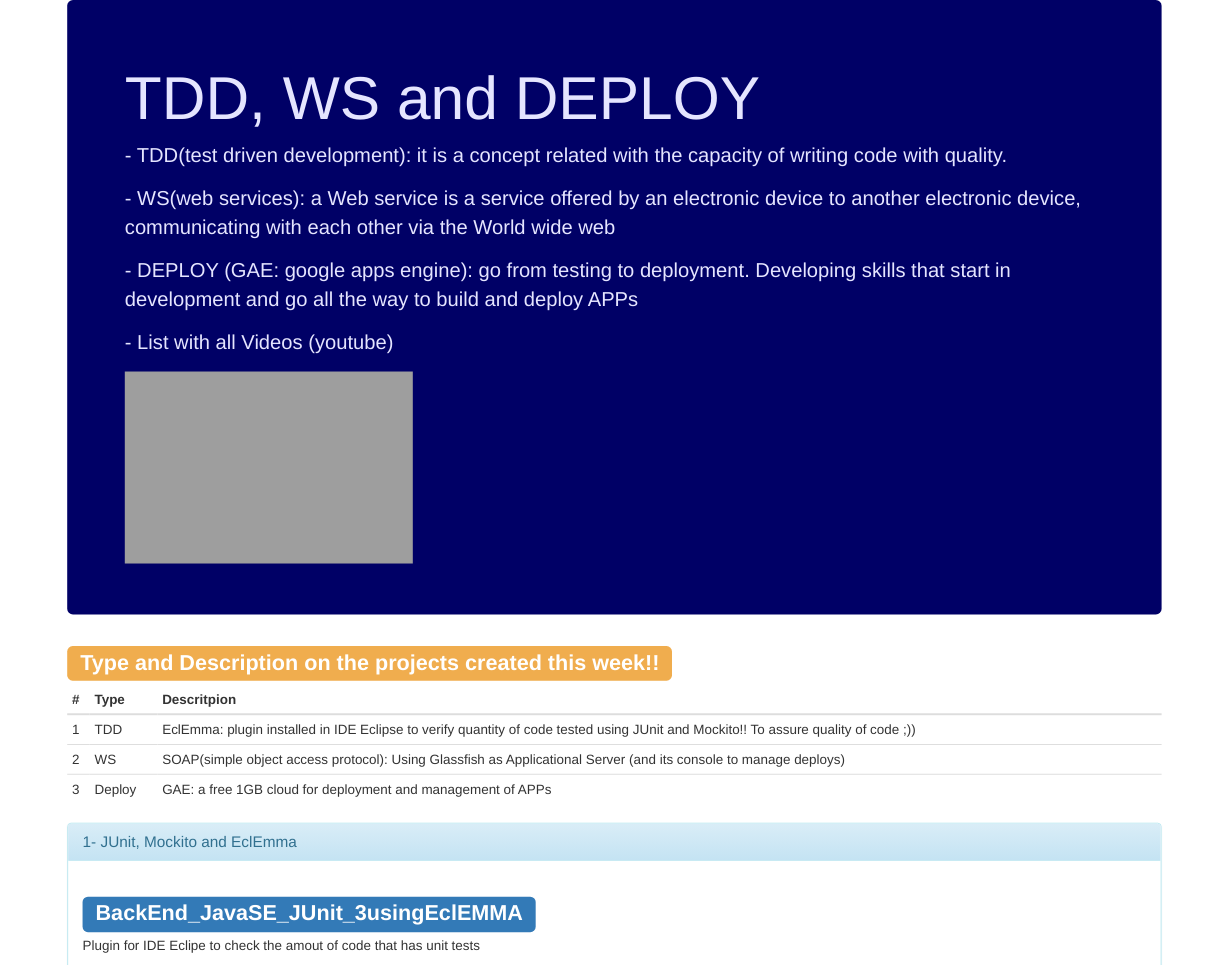
Repository: atafs/Deploy_GoogleAppEngine_webAPPS
Page: Project_001_Deploy_americotomasLIB/war/index.html
The author's editor kept a copy of each file at every save. The page is drawn from the files as they stood at one save, then again after the next save.
The browser window is 1280 px wide. The pictures show the part of the page from y = 0 to 1005 px (the page is 3607 px tall before and 3727 px after), at 96% of full size.
Pictures or frames that could not be fetched are drawn as grey boxes.

Above is the page before, as saved 2016-01-29 10:01:21.
Console error (its wording comes from the project's code and is left out).

### Project_001_Deploy_americotomasLIB/war/index.html
<!DOCTYPE html>
<html lang="en">
<head>
<meta charset="utf-8">
<meta http-equiv="X-UA-Compatible" content="IE=edge">
<meta name="viewport" content="width=device-width, initial-scale=1">
<!-- The above 3 meta tags *must* come first in the head; any other head content must come *after* these tags -->
<meta name="description" content="">
<meta name="author" content="">
<link rel="icon" href="../../favicon.ico">

<title>AmericoTomas Proj</title>

</head>
<body role="document">
	<div class="container theme-showcase" role="main">
		<!-- Main jumbotron for a primary marketing message or call to action -->
		<div style="background-color: #000066; color: #e5e5ff" class="jumbotron">
			<h1>TDD, WS and DEPLOY</h1>
			<p>- TDD(test driven development): it is a concept related with the capacity of writing code with quality.</p>
			<p>- WS(web services): a Web service is a service offered by an electronic device to another electronic device, communicating with each other via the World wide web</p>
			<p>- DEPLOY (GAE: google apps engine): go from testing to deployment. Developing skills that start in development and go all the way to build and deploy APPs</p>

			<p>- List with all Videos (youtube)</p>
			<iframe width="300" height="200" src="https://www.youtube.com/embed/videoseries?list=PLBaNeIDelX0LWugK_EMfT9q_S85-bH_qY" frameborder="0" allowfullscreen></iframe>
		</div>
		<h2>
			<span class="label label-warning">Type and Description on the
				projects created this week!!</span>
		</h2>
		<div class="row-md-6">
			<table class="table table-condensed">
				<thead>
					<tr>
						<th>#</th>
						<th>Type</th>
						<th>Descritpion</th>
					</tr>
				</thead>
				<tbody>
					<tr>
						<td>1</td>
						<td>TDD</td>
						<td>EclEmma: plugin installed in IDE Eclipse to verify quantity of code tested using JUnit and Mockito!! To assure quality of code ;)) </td>
					</tr>
					<tr>
						<td>2</td>
						<td>WS</td>
						<td>SOAP(simple object access protocol): Using Glassfish as Applicational Server (and its console to manage deploys)</td>
					</tr>
					<tr>
						<td>3</td>
						<td>Deploy</td>
						<td>GAE: a free 1GB cloud for deployment and management of APPs</td>
					</tr>
				</tbody>
			</table>
		</div>
		<div class="col"></div>
		<!-- /.col-sm-4 -->
		<div class="column-sm-4">
			<div class="panel panel-info">
				<div class="panel-heading">
					<h3 class="panel-title">1- JUnit, Mockito and EclEmma</h3>
				</div>
				<div class="panel-body">
					<h2>
						<span class="label label-primary" style="color: white;">BackEnd_JavaSE_JUnit_3usingEclEMMA</span>
					</h2>
					<p>Plugin for IDE Eclipe to check the amout of code that has unit tests</p>
					<iframe width="560" height="315" src="https://www.youtube.com/embed/hkk8kWs78kk?list=PLBaNeIDelX0LWugK_EMfT9q_S85-bH_qY" frameborder="0" allowfullscreen></iframe>;
				</div>
			</div>

			<div class="panel panel-info">
				<div class="panel-heading">
					<h3 class="panel-title">2- SOAP(simple object access protocol)</h3>
				</div>
				<div class="panel-body">
					<div>
						<h2>
							<span class="label label-primary" style="color: white;">BackEnd_JAX-WS_SOAP_1GlassFishSERVER</span>
						</h2>
						<p>Console to manage server using GlassFish</p>
						<iframe width="560" height="315" src="https://www.youtube.com/embed/SM-KYOlsO4Q?list=PLBaNeIDelX0LWugK_EMfT9q_S85-bH_qY" frameborder="0" allowfullscreen></iframe>

					</div>
					<div>
						<h2>
							<span class="label label-primary" style="color: white;">BackEnd_JAX-WS_SOAP_2WS calculator</span>
						</h2>
						<p>Web Service of a simple calculator (add and multiply two values)</p>
						<iframe width="560" height="315" src="https://www.youtube.com/embed/gFrGDdWNCAk?list=PLBaNeIDelX0LWugK_EMfT9q_S85-bH_qY" frameborder="0" allowfullscreen></iframe>
					</div>
					<div>
						<h2>
							<span class="label label-primary" style="color: white;">BackEnd_JAX-WS_SOAP_3WS shopInfo</span>
						</h2>
						<p>Web Service getting the information of a Shop and how long it is open</p>
						<iframe width="560" height="315" src="https://www.youtube.com/embed/CRmkTuUwrMc?list=PLBaNeIDelX0LWugK_EMfT9q_S85-bH_qY" frameborder="0" allowfullscreen></iframe>
					</div>
					<div>
						<h2>
							<span class="label label-primary" style="color: white;">BackEnd_JAX-WS_SOAP_4SoapUI plugin </span>
						</h2>
						<p>Plugin for IDE Eclipe to check the request and response of the WS</p>
						<iframe width="560" height="315" src="https://www.youtube.com/embed/w1pn5zysxZE?list=PLBaNeIDelX0LWugK_EMfT9q_S85-bH_qY" frameborder="0" allowfullscreen></iframe>
					</div>
				</div>
			</div>
			<div class="panel panel-info">
				<div class="panel-heading">
					<h3 class="panel-title">3- Deploy using Google Apps Engine</h3>
				</div>
				<div class="panel-body">
					<h2>
						<span class="label label-primary" style="color: white;">Deploy_GoogleAppEngine_webAPPS_1GAE deployAPP </span>
					</h2>
					<p>GAE: how to run and deploy an APP using the google engine</p>
					<iframe width="560" height="315" src="https://www.youtube.com/embed/08jA6HK72pU?list=PLBaNeIDelX0LWugK_EMfT9q_S85-bH_qY" frameborder="0" allowfullscreen></iframe>
				</div>
			</div>
		</div>
	</div>
	<!-- /container -->

	<!-- Latest compiled and minified CSS -->
	<link rel="stylesheet"
		href="https://maxcdn.bootstrapcdn.com/bootstrap/3.3.6/css/bootstrap.min.css"
		integrity="sha384-1q8mTJOASx8j1Au+a5WDVnPi2lkFfwwEAa8hDDdjZlpLegxhjVME1fgjWPGmkzs7"
		crossorigin="anonymous">

	<!-- Optional theme -->
	<link rel="stylesheet"
		href="https://maxcdn.bootstrapcdn.com/bootstrap/3.3.6/css/bootstrap-theme.min.css"
		integrity="sha384-fLW2N01lMqjakBkx3l/M9EahuwpSfeNvV63J5ezn3uZzapT0u7EYsXMjQV+0En5r"
		crossorigin="anonymous">

	<!-- Latest compiled and minified JavaScript -->
	<script
		src="https://maxcdn.bootstrapcdn.com/bootstrap/3.3.6/js/bootstrap.min.js"
		integrity="sha384-0mSbJDEHialfmuBBQP6A4Qrprq5OVfW37PRR3j5ELqxss1yVqOtnepnHVP9aJ7xS"
		crossorigin="anonymous"></script>
</body>
</html>

After the next save:
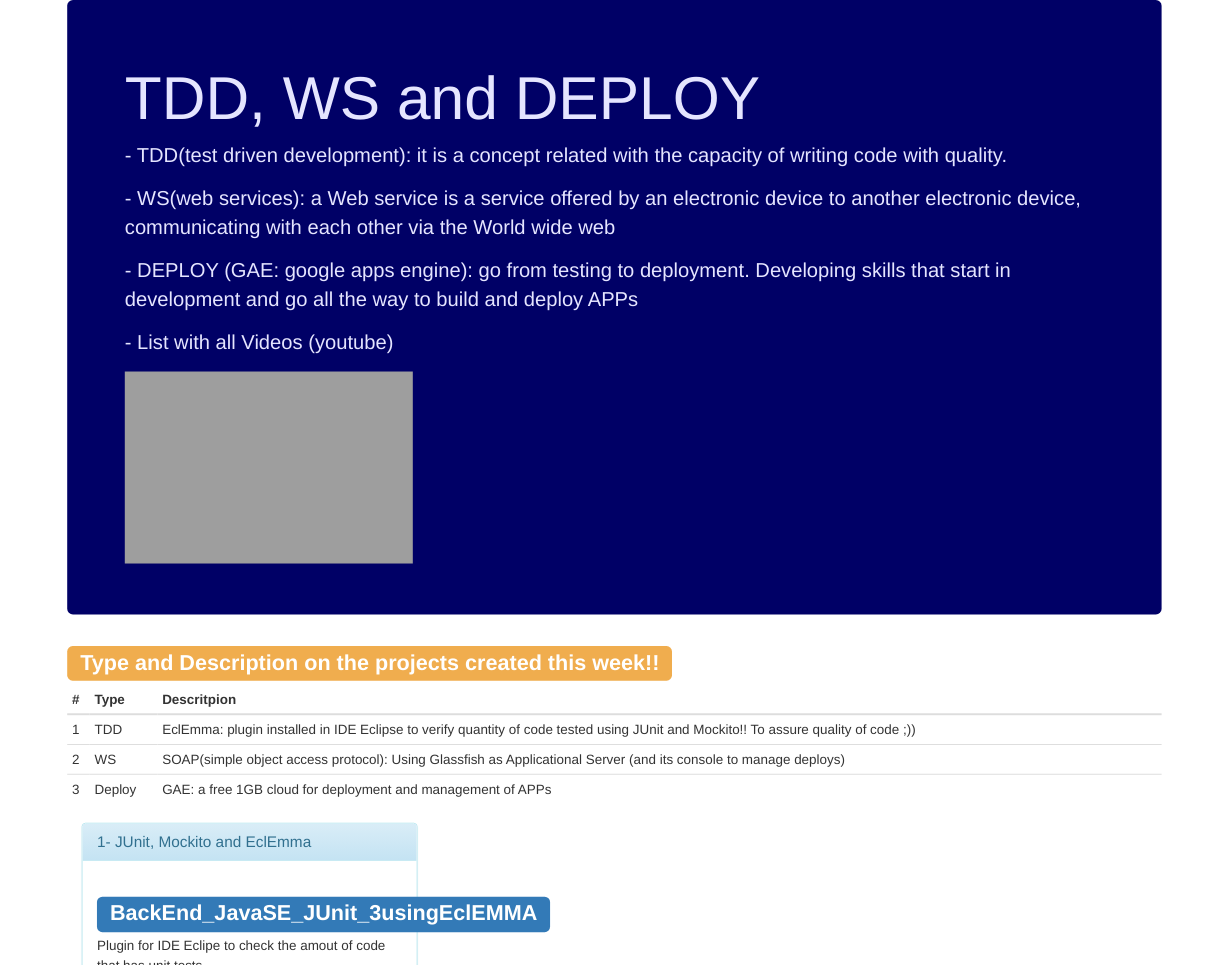
Saved 107 s later.
--- a/Project_001_Deploy_americotomasLIB/war/index.html
+++ b/Project_001_Deploy_americotomasLIB/war/index.html
@@ -58,7 +58,7 @@
 		</div>
 		<div class="col"></div>
 		<!-- /.col-sm-4 -->
-		<div class="column-sm-4">
+		<div class="col-sm-4">
 			<div class="panel panel-info">
 				<div class="panel-heading">
 					<h3 class="panel-title">1- JUnit, Mockito and EclEmma</h3>

After the save that followed:
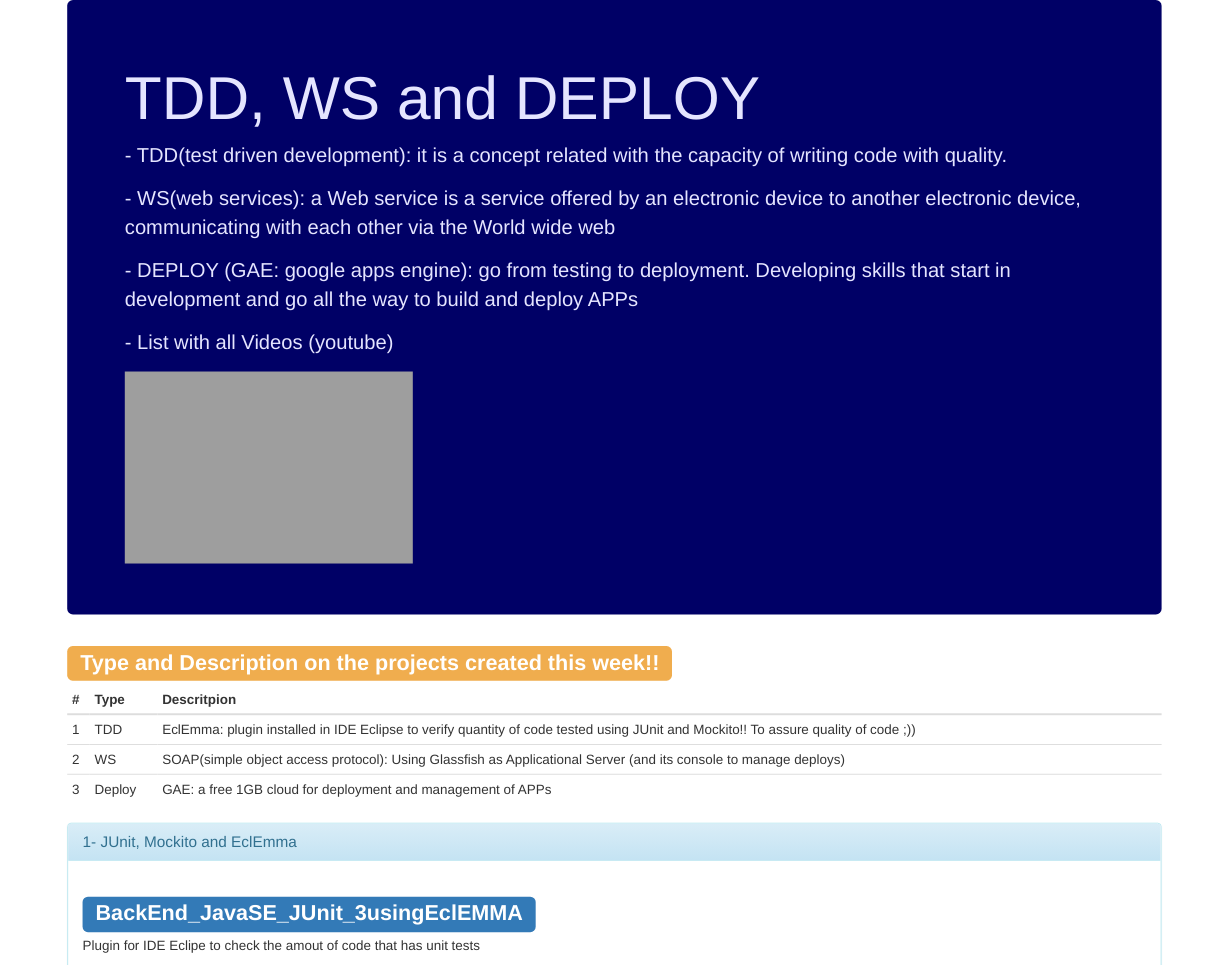
Saved 30 s later.
--- a/Project_001_Deploy_americotomasLIB/war/index.html
+++ b/Project_001_Deploy_americotomasLIB/war/index.html
@@ -58,7 +58,7 @@
 		</div>
 		<div class="col"></div>
 		<!-- /.col-sm-4 -->
-		<div class="col-sm-4">
+		<div class="row-sm-4">
 			<div class="panel panel-info">
 				<div class="panel-heading">
 					<h3 class="panel-title">1- JUnit, Mockito and EclEmma</h3>
